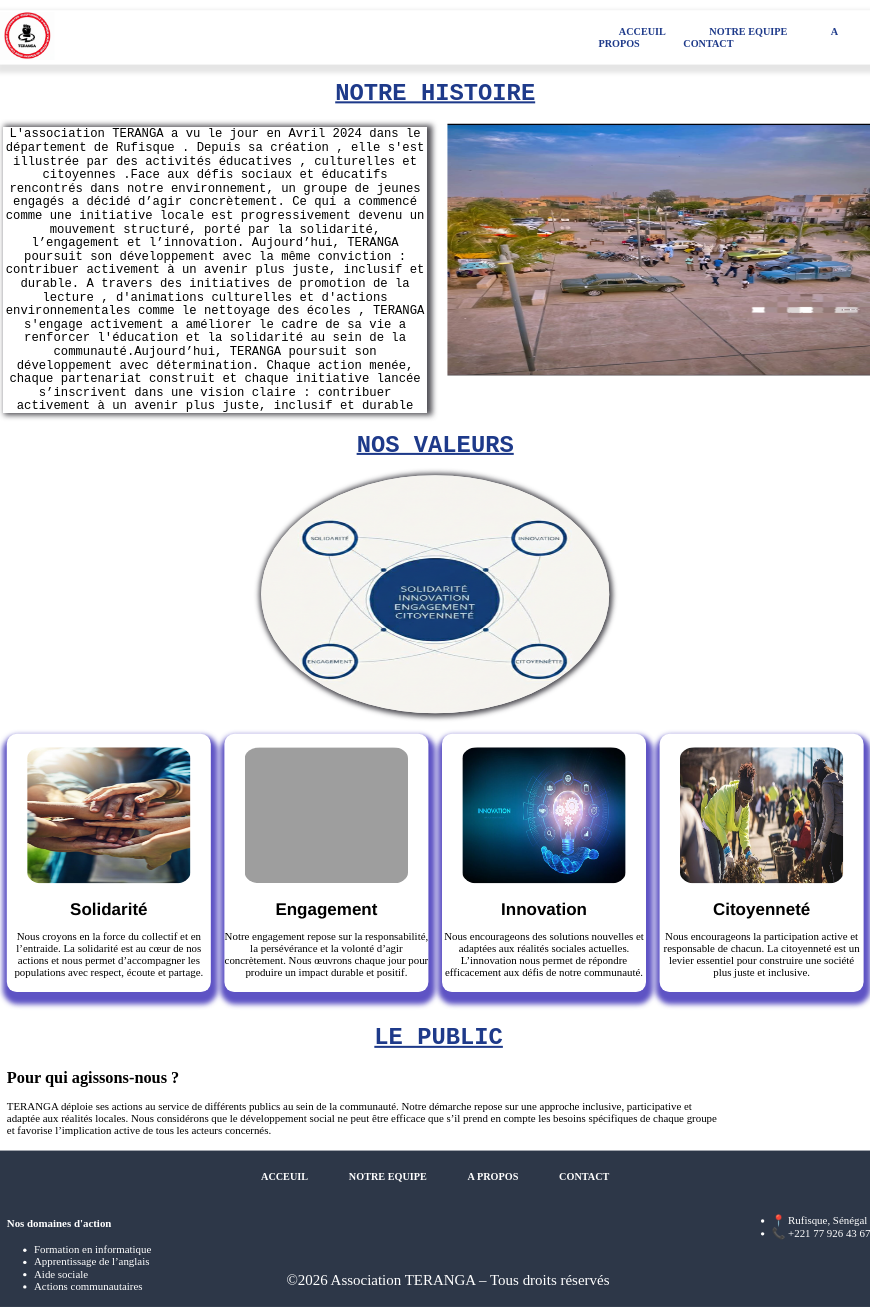
Repository: assanendao171/projet-teranga
Page: propos.html
These files come from the project's save history. The page is drawn as it stood at one moment and after the next save; the edit follows.
The browser window is 1280 px wide. The pictures show the whole page, at 68% of full size.
Pictures or frames that could not be fetched are drawn as grey boxes.

Above is the page before, as saved 2026-02-12 13:45:47.

### propos.html
<!DOCTYPE html>
<html lang="en">
<head>
    <meta charset="UTF-8">
    <meta name="viewport" content="width=device-width, initial-scale=1.0">
    <title>Document</title>
    <link rel="stylesheet" href="propos.css">
</head>
<body>
        <!-- l'entete -->
    <header>
      <!-- logo -->
       <div class="contain-logo">
      <img src="image/logo.jpeg" alt="" class="logo" />
      </div>
      <div class="btn-nav">
        <nav>
          <a href="acceuil.html" target="_blank">ACCEUIL</a>
          <a href="equipe.html" target="_blank">NOTRE EQUIPE</a>
          <a href="propos.html" target="_blank">A PROPOS</a>
          <a href="contact.html" target="_blank">CONTACT</a>

        </nav>
      </div>
    </header>
<!-- corps -->
<main>
<!-- section histoire -->
      <h1 id="histoire">NOTRE HISTOIRE</h1>
<div class="contain-histoire">
<p id="p-histoire">L'association TERANGA a vu le jour en Avril 2024 dans le département de Rufisque . Depuis sa création , elle
    s'est illustrée par des activités éducatives , culturelles et citoyennes .Face aux défis sociaux et éducatifs rencontrés dans notre environnement, un groupe de jeunes engagés a décidé d’agir concrètement.

Ce qui a commencé comme une initiative locale est progressivement devenu un mouvement structuré, porté par la solidarité, l’engagement et l’innovation.

Aujourd’hui, TERANGA poursuit son développement avec la même conviction : contribuer activement à un avenir plus juste, inclusif et durable.
     A travers des initiatives
    de promotion de la lecture , d'animations culturelles et d'actions environnementales comme le
    nettoyage des écoles , TERANGA s'engage activement a améliorer le cadre de sa vie a renforcer l'éducation
    et la solidarité au sein de la communauté.Aujourd’hui, TERANGA poursuit son développement avec détermination. Chaque action menée, chaque partenariat construit et chaque initiative lancée s’inscrivent dans une
    vision claire : contribuer activement à un avenir plus juste, inclusif et durable
</p>
<img src="image/histoireImage.jpeg" alt="photo histoire" class="photo-histoire">
</div>
<h1 id="valeur">NOS VALEURS</h1>
<div class="contain-valeur">
<img src="image/photo-valeur.png" alt="" class="photo-valeur">
</div>
      <div class="contain-image">
        <div class="image1">
          <img
            src="image/solidatité.jpg"
            alt="aide social"
            class="image-aide" />
          <span id="texte-aide-social">Solidarité</span>
          <p>Nous croyons en la force du collectif et en l’entraide.
La solidarité est au cœur de nos actions et nous permet d’accompagner les populations avec respect, écoute et partage.</p>
        </div>
        <!-- ____________________ -->
        <div class="image1">
          <img src="image/engagement.jpg" alt="education" class="image-aide" />
          <span id="texte-aide-social">Engagement</span>
          <p>Notre engagement repose sur la responsabilité, la persévérance et la volonté d’agir concrètement.
Nous œuvrons chaque jour pour produire un impact durable et positif.</p>
        </div>
        <!-- ___________________________________ -->
        <div class="image1">
          <img
            src="image/innovation.jpg"
            alt="environnement"
            class="image-aide" />
          <span id="texte-aide-social">Innovation</span>
          <p>Nous encourageons des solutions nouvelles et adaptées aux réalités sociales actuelles.
L’innovation nous permet de répondre efficacement aux défis de notre communauté.</p>
          <!-- ______________________________________________ -->
        </div>
                <div class="image1">
          <img
            src="image/citoyennete.jpg"
            alt="environnement"
            class="image-aide" />
          <span id="texte-aide-social">Citoyenneté</span>
          <p>Nous encourageons la participation active et responsable de chacun.
La citoyenneté est un levier essentiel pour construire une société plus juste et inclusive.</p>
          <!-- ______________________________________________ -->
        </div>
      </div>

    <!-- le public -->
     <div class="containt-public">
        <h1 id="public">LE PUBLIC</h1>
    <h2>Pour qui agissons-nous ?</h2>
    <p class="p-public">TERANGA déploie ses actions au service de différents publics au sein de la communauté. Notre démarche repose sur une approche inclusive, participative et <br>adaptée aux réalités locales.
        Nous considérons que le développement social ne peut être efficace que s’il prend en compte les besoins spécifiques de chaque groupe <br>et favorise l’implication active de tous les acteurs concernés.</p>
     </div>
</main>

    <footer>
      <nav class="btn-footer">
        <a href="acceuil.html" target="_blank">ACCEUIL</a>
        <a href="equipe.html" target="_blank">NOTRE EQUIPE</a>
        <a href="propos.html" target="_blank">A PROPOS</a>
        <a href="contact.html" target="_blank">CONTACT</a>

      </nav>
      <div class="contain-footer">
        <div class="liste-footer">
          <h4>Nos domaines d'action</h4>
          <ul>
            <li>Formation en informatique</li>
            <li>Apprentissage de l’anglais</li>
            <li>Aide sociale</li>
            <li>Actions communautaires</li>
          </ul>
        </div>
        <div class="copyright">
          <p>&copy;2026 Association TERANGA – Tous droits réservés</p>
        </div>
        <div class="contact">
          <ul>
            <li>📍 Rufisque, Sénégal</li>
            <li>📞 +221 77 926 43 67</li>
          </ul>
        </div>
      </div>
    </footer>
</body>
</html>

### propos.css
body{
    margin: 15px 0 5px 0;
}
header{
width: 100%;
height: 80px;
background-color: #FFFFFF;
box-shadow: 2px 6px 6px 6px rgba(0, 0, 0, 0.1);
display: flex;
align-items: center;
justify-content: center;
gap: 800px;
}
nav a{
    margin: 30px;
    color: #1E3A8A;
    text-decoration: none;
    font-size: 15px;
    font-weight:900;
}
nav a:hover{
    text-decoration: underline;
}
.logo{
    width: 80px;
left: 10px;
}














































footer{
    background-color: #2D3748;
    width: 100%;
    height: 230px;
    margin-top: 20px;
}
.btn-footer{
    display: flex;
    flex-direction: row;
    justify-content: center;

}
.btn-footer a{
    padding: px;
    color: #FFFFFF;
    margin: 10x;
    font-size: 15px;
}
.liste-footer{
    margin-left: 10px;
        color: #FFFFFF;

}
.contact{
    display: flex;
    flex-direction: row;
    justify-content: flex-end;
    color: #FFFFFF;
}
.contain-footer{
    display: flex;
    flex-direction: row;
    justify-content: space-between;
}
.copyright{
        color: #FFFFFF;
    font-size: 22px;
    display: flex;
    flex-direction: column;
    justify-content: flex-end;
}
/* section histoire */
#histoire{
        color: #1E3A8A;

    text-align: center;
    font-size: 35px;
font-family: 'Courier New', Courier, monospace;
text-decoration: underline;

}
.contain-histoire{
    display: flex;
    gap: 25px;
}
#p-histoire{
    text-align: center;
    font-size: 18px;
font-family: 'Courier New', Courier, monospace;
margin: 5px ;
   width: 50%;
    box-shadow: 5px 1px 8px 4px rgba(31, 30, 37, 0.781);
}
.photo-histoire{
    width: 50%;
    height: 370px;
}
#valeur{
        color: #1E3A8A;

    text-align: center;
    font-size: 35px;
font-family: 'Courier New', Courier, monospace;
text-decoration: underline;

}
.photo-valeur{
    width: 40%;
    height: 350px;
border-radius: 50%;
    box-shadow: 1px 1px 8px 4px rgba(31, 30, 37, 0.781);
}
.contain-valeur{
    display: flex;
    flex-direction: row;
    justify-content: center;
}

.contain-image{
    padding-top: 30px;
    display: flex;
    gap: 20px;
    text-align: center;
    justify-content: center;
    align-items: center;
}
.image1{
    width: 300px;
    height: 380px;
    text-align: center;
    background-color: rgb(255, 255, 255);
    border-radius: 15px;
    box-shadow: 2px 10px 8px 8px rgba(49, 34, 180, 0.781);
    color: #000000;

}
.image-aide{
        width: 240px;
    height: 200px;
    padding: 20px;
    border-radius: 15%;
}
.image-aide:hover{
    transition: 0.5s;
    transform: scale(1.1);
}
#texte-aide-social{
        font-size: 25px;
        font-weight:bold;
font-family:'Franklin Gothic Medium', 'Arial Narrow', Arial, sans-serif
}
#public{
        color: #1E3A8A;
padding-top: 25px;
    text-align: center;
    font-size: 35px;
font-family: 'Courier New', Courier, monospace;
text-decoration: underline;
}
.containt-public{
    margin-left: 10px;
}

After the next save:
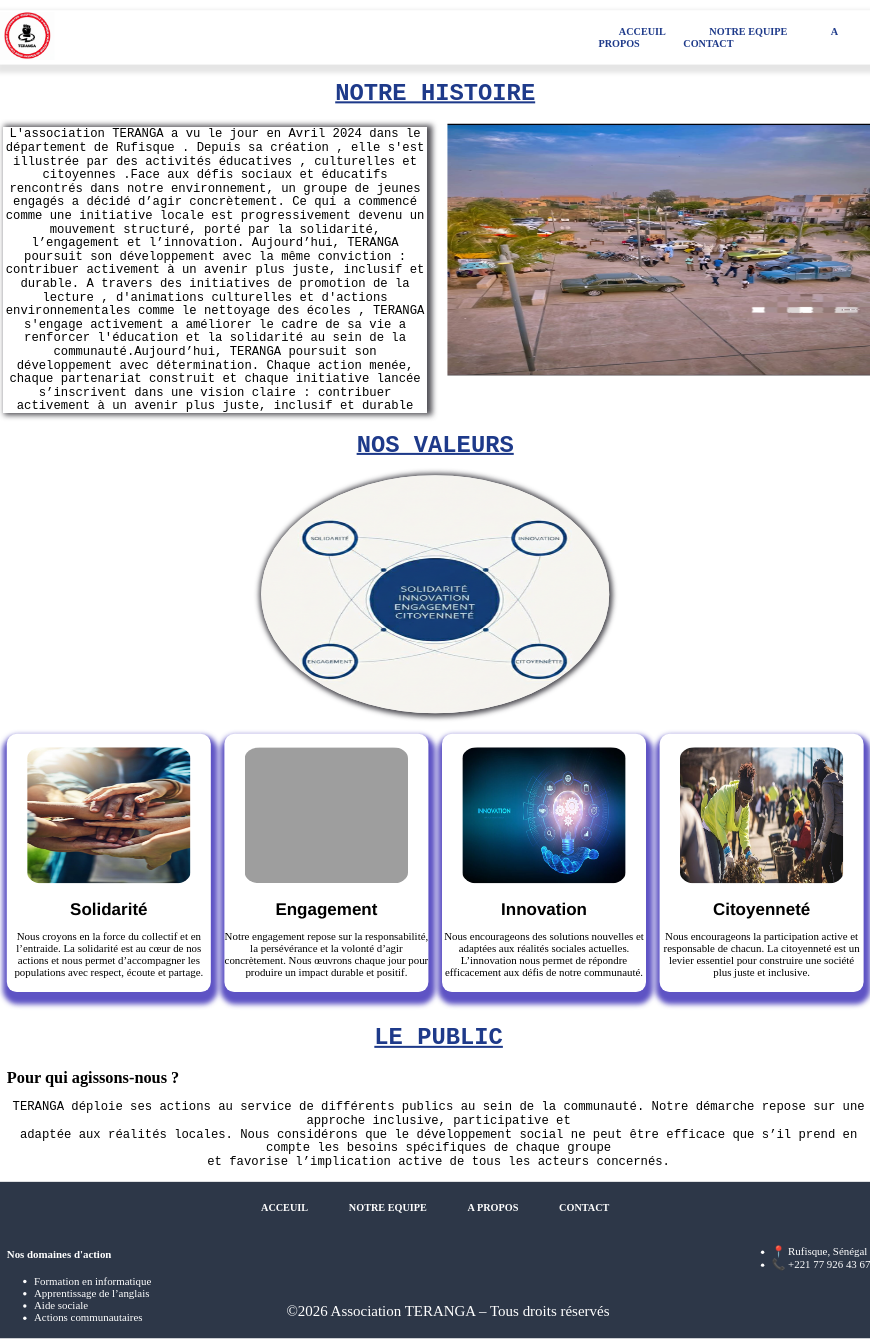
Saved 13 s later.
--- a/propos.css
+++ b/propos.css
@@ -203,3 +203,8 @@ text-decoration: underline;
 .containt-public{
     margin-left: 10px;
 }
+.p-public{
+        text-align: center;
+    font-size: 18px;
+font-family: 'Courier New', Courier, monospace;
+}
